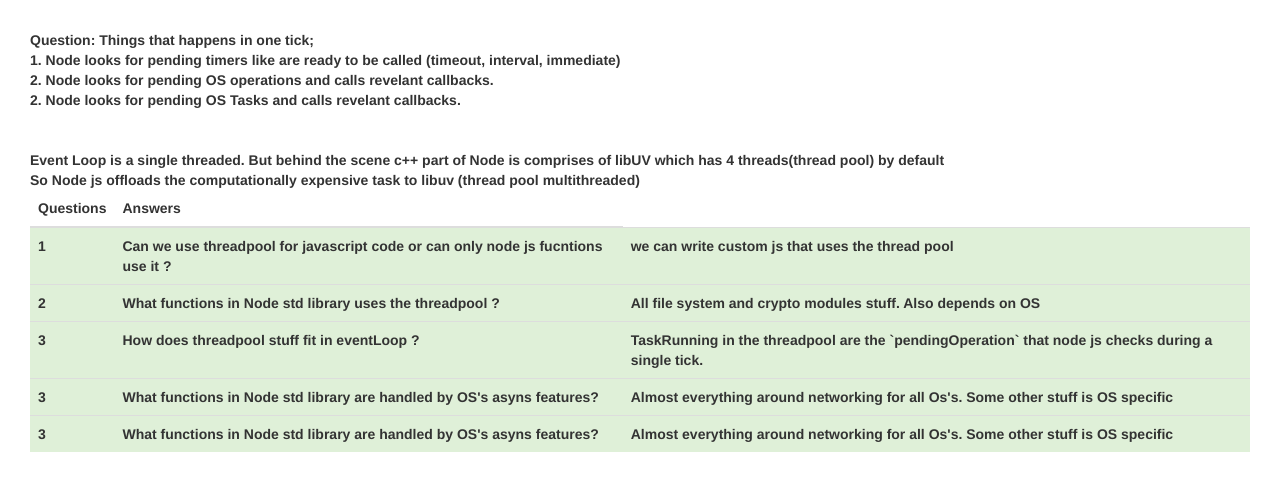
Repository: rahil001/preparation
Page: javascriptPrac/index.html
These files come from the project's save history. The page is drawn as it stood at one moment and after the next save; the edit follows.
The browser window is 1280 px wide. The pictures show the whole page.

Above is the page before, as saved 2019-10-27 22:35:54.

After the next save:
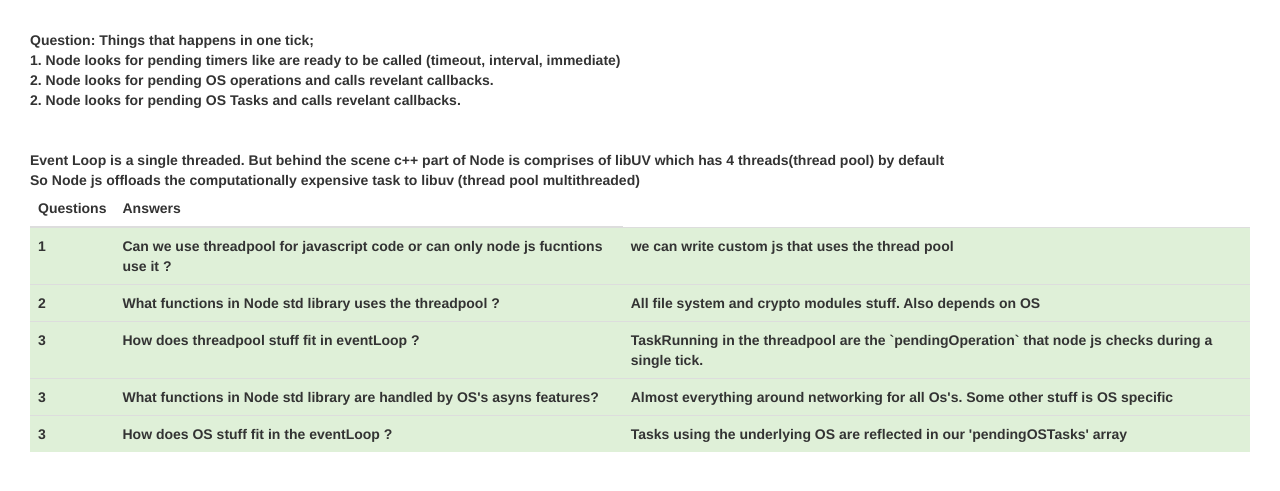
Saved 4 min 51 s later.
--- a/javascriptPrac/index.html
+++ b/javascriptPrac/index.html
@@ -64,8 +64,8 @@
           </tr>
           <tr class="table-info success">
             <th scope="row">3</th>
-            <td>What functions in Node std library are handled by OS's asyns features?</td>
-            <td>Almost everything around networking for all Os's. Some other stuff is OS specific</td>
+            <td>How does OS stuff fit in the eventLoop ?</td>
+            <td>Tasks using the underlying OS are reflected in our 'pendingOSTasks' array</td>
           </tr>
         </tbody>
       </table>
